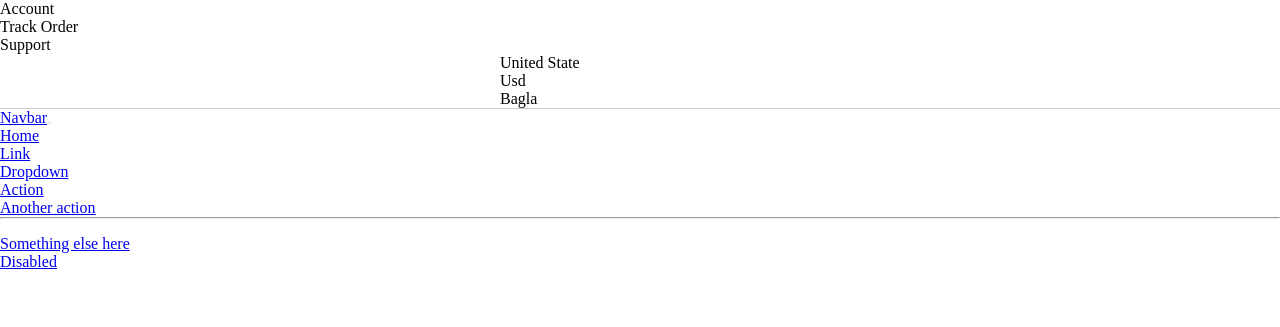
Repository: AbdulRehman787/shopo_ecommerce_web
Page: /
An editor plug-in stored every save of this project. The page is shown before and after the next save, followed by the edit.
The browser window is 1280 px wide. The pictures show the whole page.
The project was rebuilt for these pictures with package versions that can differ from the ones it lists, and the page was loaded fresh each time. Also part of the build but not shown: src/Pages/AboutUs.js, src/Pages/Blog.js, src/Pages/Contact.js.

Above is the page before, as saved 2023-11-27 17:56:41.

### src/App.js
import React from 'react'
import { BrowserRouter,Routes,Route } from 'react-router-dom'
import Home from './Pages/Home';
import AboutUs from './Pages/AboutUs';
import Blog from './Pages/Blog'
import Contact from './Pages/Contact';
const App = () => {
  return (

    <BrowserRouter>
    <Routes >
    <Route  path='/' element={<Home />} />
    <Route  path='/aboutus' element={<AboutUs />} />
    <Route  path='/blog' element={<Blog />} />
    <Route  path='/contact' element={<Contact />} />

    </Routes>
    </BrowserRouter>
  )
}

export default App

### src/Pages/Home.js
import React from 'react'
import Topheader from '../Components/Header/Topheader'
import Navbar from '../Components/Header/Navbar'
const Home = () => {
  return (
    <>
    <Topheader/>
    <Navbar />
    </>
  )
}

export default Home

### src/Components/Header/Topheader.js
import React from 'react'
import './style.css'

const one1=[
    {
        name: "Account"
    },
    {
        name: "Track Order"
    }, {
        name: "Support"
    }
]
const one2=[
    {
        name: "United State"
    },
    {
        name: "Usd "
    }, {
        name: "Bagla"
    }
]
const Topheader = () => {
  return (
    <>
    <div className='headcont1'>
    <div class="container mt-3 mb-lg-0">
  <div class="row">
    <div class="col-sm d-flex ">
      {one1.map((curelem,index)=>{
        return (
            <>

            <p className='px-3'>{curelem.name}</p>

            </>
        )
      })}
    </div>
    <div class="col-sm d-flex sam">
      {one2.map((curelem,index)=>{
        return (
            <>

            <p className='px-3'>{curelem.name}</p>

            </>
        )
      })}
    </div>

  </div>
</div>
</div>
    </>
  )
}

export default Topheader

### src/Components/Header/Navbar.js
import React from 'react'

const Navbar = () => {
  return (
    <>
    <nav class="navbar navbar-expand-lg navbar-light bg-light">
  <div class="container-fluid">
    <a class="navbar-brand" href="#">Navbar</a>
    <button class="navbar-toggler" type="button" data-bs-toggle="collapse" data-bs-target="#navbarSupportedContent" aria-controls="navbarSupportedContent" aria-expanded="false" aria-label="Toggle navigation">
      <span class="navbar-toggler-icon"></span>
    </button>
    <div class="collapse navbar-collapse" id="navbarSupportedContent">
      <ul class="navbar-nav mx-auto mb-2 mb-lg-0">
        <li class="nav-item">
          <a class="nav-link active" aria-current="page" href="#">Home</a>
        </li>
        <li class="nav-item">
          <a class="nav-link" href="#">Link</a>
        </li>
        <li class="nav-item dropdown">
          <a class="nav-link dropdown-toggle" href="#" id="navbarDropdown" role="button" data-bs-toggle="dropdown" aria-expanded="false">
            Dropdown
          </a>
          <ul class="dropdown-menu" aria-labelledby="navbarDropdown">
            <li><a class="dropdown-item" href="#">Action</a></li>
            <li><a class="dropdown-item" href="#">Another action</a></li>
            <li><hr class="dropdown-divider" /></li>
            <li><a class="dropdown-item" href="#">Something else here</a></li>
          </ul>
        </li>
        <li class="nav-item">
          <a class="nav-link disabled" href="#" tabindex="-1" aria-disabled="true">Disabled</a>
        </li>
      </ul>

    </div>
  </div>
</nav>
    </>
  )
}

export default Navbar

### src/Components/Header/style.css
*{
    margin: 0;
    padding: 0;
}
.headcont1{


    border-bottom: 1px solid #ccc;
    justify-content: center !important;
    align-items: center;
}
.container{
    justify-content: center !important;

}
.sam{
    margin-left: 500px !important;
}

Loaded but not shown: src/index.js (common file)

After the next save:
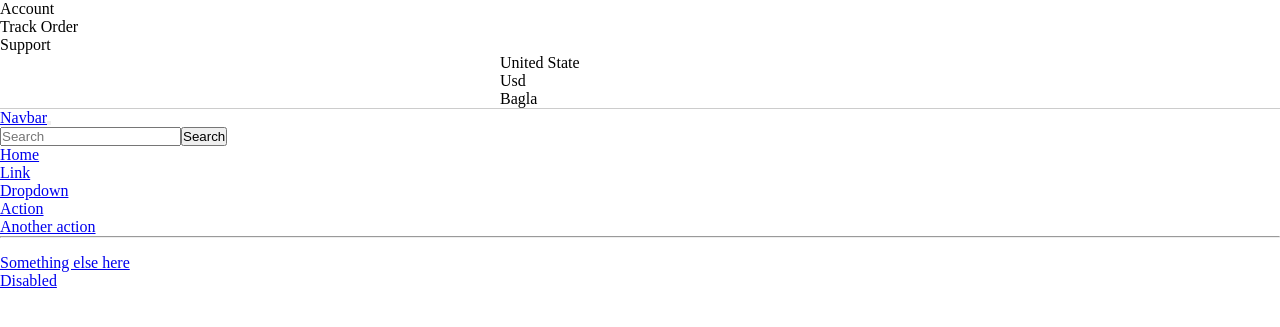
Saved 6 s later.
--- a/src/Components/Header/Navbar.js
+++ b/src/Components/Header/Navbar.js
@@ -10,6 +10,10 @@
       <span class="navbar-toggler-icon"></span>
     </button>
     <div class="collapse navbar-collapse" id="navbarSupportedContent">
+    <form class="d-flex">
+    <input class="form-control me-2" type="search" placeholder="Search" aria-label="Search" />
+    <button class="btn btn-outline-success" type="submit">Search</button>
+  </form>
       <ul class="navbar-nav mx-auto mb-2 mb-lg-0">
         <li class="nav-item">
           <a class="nav-link active" aria-current="page" href="#">Home</a>

After the save that followed:
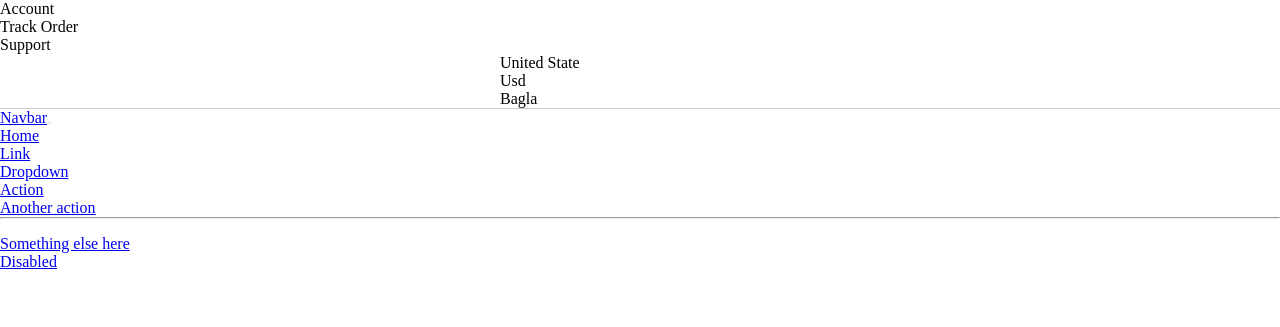
Saved 9 s later.
--- a/src/Components/Header/Navbar.js
+++ b/src/Components/Header/Navbar.js
@@ -10,10 +10,7 @@
       <span class="navbar-toggler-icon"></span>
     </button>
     <div class="collapse navbar-collapse" id="navbarSupportedContent">
-    <form class="d-flex">
-    <input class="form-control me-2" type="search" placeholder="Search" aria-label="Search" />
-    <button class="btn btn-outline-success" type="submit">Search</button>
-  </form>
+
       <ul class="navbar-nav mx-auto mb-2 mb-lg-0">
         <li class="nav-item">
           <a class="nav-link active" aria-current="page" href="#">Home</a>
